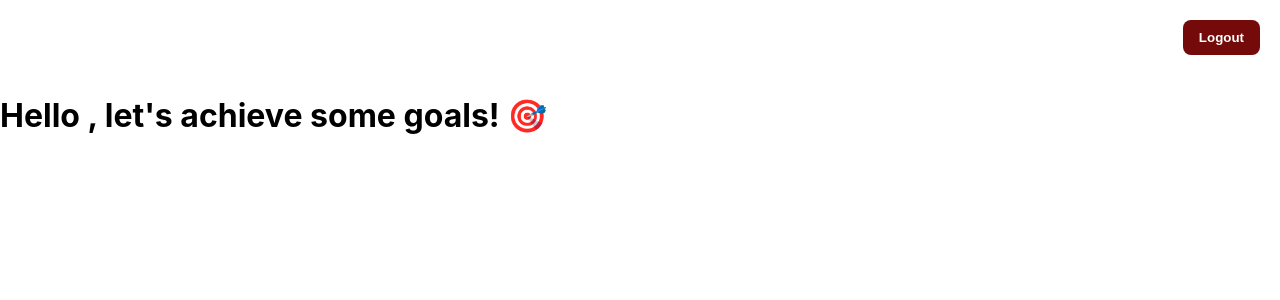
Repository: RachelB9913/smart-task-and-habit-tracker
Page: /dashboard
These files come from the project's save history. The page is drawn as it stood at one moment and after the next save; the edit follows.
The browser window is 1280 px wide. The pictures show the whole page.
The pointer rests on the first visible `.dashboard-header button`.
The project was rebuilt for these pictures with package versions that can differ from the ones it lists, and the page was loaded fresh each time. Also part of the build but not shown: src/App.css, src/components/PageWrapper.js, src/components/welcome.js, src/services/api.js, src/components/Login.js, src/components/Register.js.

Above is the page before, as saved 2025-06-18 18:16:24.

### src/App.js
// import { BrowserRouter as Router, Routes, Route } from 'react-router-dom';
// import Welcome from './components/welcome';
// import Login from './components/Login';
// import Register from './components/Register';
// import './App.css';


// function App() {
//   return (
//     <Router>
//       <Routes>
//         <Route path="/" element={<Welcome />} />
//         <Route path="/login" element={<Login />} />
//         <Route path="/register" element={<Register />} />
//       </Routes>
//     </Router>
//   );
// }

// export default App;

import { BrowserRouter as Router, Routes, Route } from 'react-router-dom';
import Welcome from './components/welcome';
import Login from './components/Login';
import Register from './components/Register';
import Dashboard from './components/DashBoard';

function App() {
  return (
    <Router>
      <Routes>
        <Route path="/" element={<Welcome />} />
        <Route path="/login" element={<Login />} />
        <Route path="/register" element={<Register />} />
        <Route path="/dashboard" element={<Dashboard />} />
      </Routes>
    </Router>
  );
}

export default App;

### src/components/DashBoard.js
import { useEffect, useState } from "react";
import { useNavigate } from "react-router-dom";

export default function Dashboard() {
  const [username, setUsername] = useState("");
  const navigate = useNavigate();

  useEffect(() => {
    // Retrieve username from localStorage (or context/auth state later)
    const storedUsername = localStorage.getItem("username");
    if (storedUsername) {
      setUsername(storedUsername);
    }
  }, []);

  const handleLogout = () => {
    localStorage.removeItem("username");
    navigate("/");
  };

    return (
        <div className="dashboard-container">
        <header className="dashboard-header">
            <button onClick={handleLogout}>Logout</button>
        </header>

        <main>
            <h1>Hello {username}, let's achieve some goals! 🎯</h1>
        </main>
        </div>
    );
}

### src/components/Auth.css
.auth-container {
  max-width: 400px;
  margin: 60px auto;
  padding: 2rem;
  background-color: #f8f9fa;
  border-radius: 12px;
  box-shadow: 0 2px 10px rgba(0, 0, 0, 0.1);
}

.auth-form {
  display: flex;
  flex-direction: column;
  gap: 1rem;
}

.auth-form input {
  padding: 0.75rem;
  border-radius: 8px;
  border: 1px solid #ccc;
  font-size: 1rem;
}

.auth-form button {
  padding: 0.75rem;
  background-color: #007bff;
  color: white;
  border: none;
  border-radius: 8px;
  font-size: 1rem;
  cursor: pointer;
}

.auth-form button:hover {
  background-color: #0056b3;
}


.dashboard-header {
  display: flex;
  justify-content: flex-end;
  padding: 20px;
}

.dashboard-header button {
  padding: 10px 16px;
  background-color: #ef4444; /* red */
  color: white;
  border: none;
  border-radius: 8px;
  font-weight: bold;
  cursor: pointer;
}

.dashboard-header button:hover {
  background-color: #740a0a;
}

Loaded but not shown: public/index.html (common file); src/index.js (common file); src/index.css (common file); src/reportWebVitals.js (common file); public/manifest.json (common file)

After the next save:
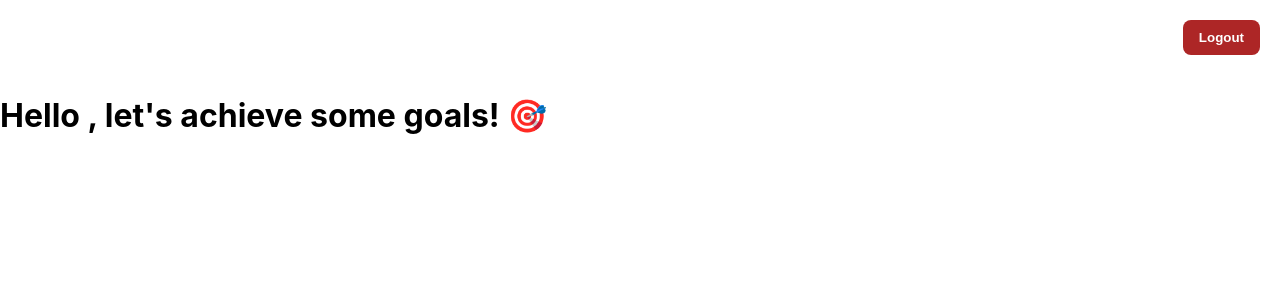
Saved 12 s later.
--- a/src/components/Auth.css
+++ b/src/components/Auth.css
@@ -52,5 +52,5 @@
 }
 
 .dashboard-header button:hover {
-  background-color: #740a0a;
+  background-color: #ad2626;
 }
